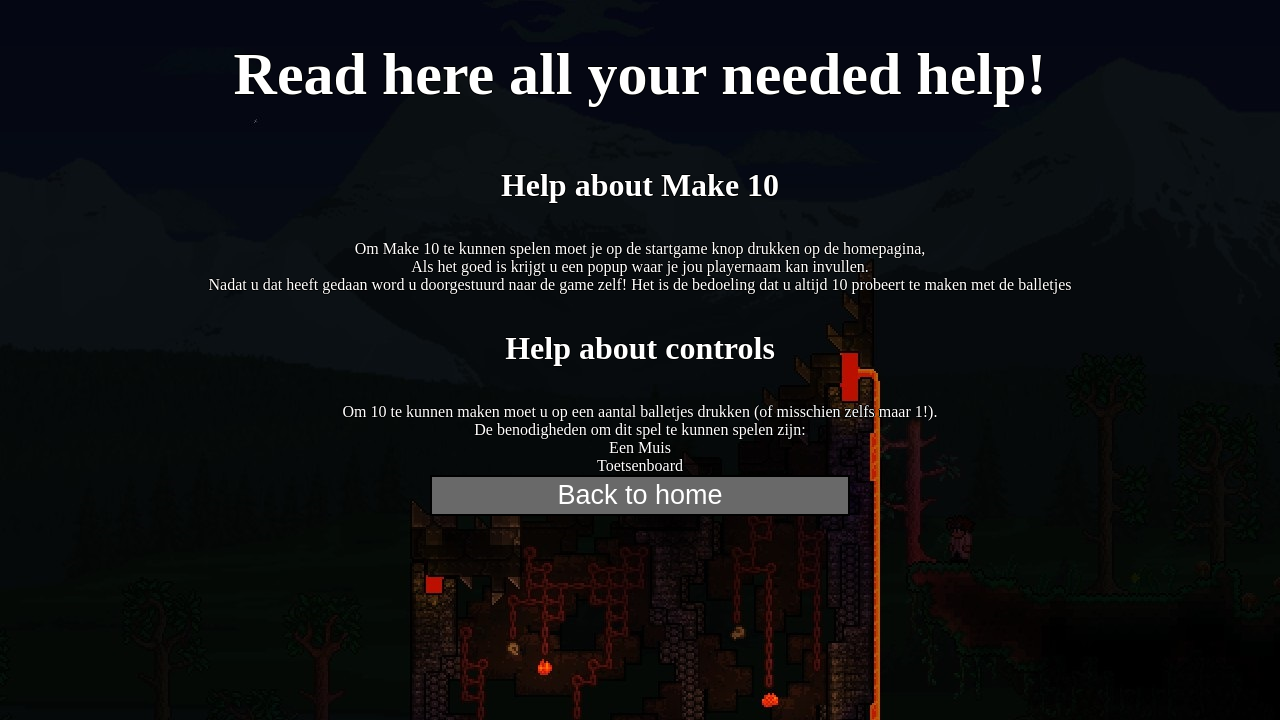
Repository: Mkuilen/Make10
Page: howToPlay.html
The author's editor kept a record of every edit. The page is drawn from the files as they stood at one moment, then again after the next edit.
The browser window is 1280 px wide. The pictures show the whole page.

Above is the page before.

### howToPlay.html
<!DOCTYPE html>
<html>
    <head>
        <link rel="stylesheet" type="text/css" href="assets/css/howToPlay.css">
        <link rel="stylesheet" type="text/css" href="assets/css/index.css">
        <title>Make10 Game</title>
        <meta charset="UTF-8">
        <meta name="description" content="Make10 Game">
        <meta name="author" content="Matthijs van de Kuilen">
        <meta name="viewport" content="width=device-width, initial-scale=1.0">
        <script type="text/javascript" src="assets/js/index.js"></script>
    </head>
    <body background="assets/images/backgroundsite.jpg">
        <div class="center">
            <h1 id="hoofdtekst">Read here all your needed help!</h1><br>
            <h1 id="tekst2">Help about Make 10</h1><br><br>
            <p id="tekst">Om Make 10 te kunnen spelen moet je op de startgame knop drukken op de homepagina,<br>
            Als het goed is krijgt u een popup waar je jou playernaam kan invullen.<br>
            Nadat u dat heeft gedaan word u doorgestuurd naar de game zelf! Het is de bedoeling dat u altijd 10 probeert te maken met de balletjes</p><br><br>
            <h1 id="tekst2">Help about controls</h1><br><br>
            <p id="tekst">Om 10 te kunnen maken moet u op een aantal balletjes drukken (of misschien zelfs maar 1!).<br>
            De benodigheden om dit spel te kunnen spelen zijn:<br>
            Een Muis<br>
            Toetsenboard
            </p>
            <button id="buttonclose" onclick="window.location.href='https://make10-matthijspc.c9users.io/'" type="button">Back to home</button>
        </div>
    </body>
</html>

### assets/css/howToPlay.css
#hoofdtekst {
    font-size: 60px;
    text-align: center;
    color: white;
    text-shadow: 1px 0 0 #000, 0 -1px 0 #000, 0 1px 0 #000, -1px 0 0 #000;
}
#tekst2 {
    max-width: auto;
        margin: auto;
        padding: auto;
        text-align: center;
        background-color:none;
        color: white;
        text-shadow: 1px 0 0 #000, 0 -1px 0 #000, 0 1px 0 #000, -1px 0 0 #000;
}
#tekst {
    max-width: auto;
        margin: auto;
        padding: auto;
        text-align: center;
        background-color:none;
        color: white;
        text-shadow: 1px 0 0 #000, 0 -1px 0 #000, 0 1px 0 #000, -1px 0 0 #000;
}

### assets/css/index.css
#Title {
    font-size: 90px;
    text-align: center;
    color: white;
    text-shadow: 1px 0 0 #000, 0 -1px 0 #000, 0 1px 0 #000, -1px 0 0 #000;

}

#buttonplay {
    background-color: #696969;
    border: none;
    color: white;
    padding: 3px 125px;
    text-align: center;
    text-decoration: none;
    display: inline-block;
    font-size: 27px;
    border: black;
    border-style: solid;
    border-width: 2px;
}
#button1, #button2, #button3, #button4 {
    background-color: #696969;
    border: none;
    color: white;
    padding: 3px 120px;
    text-align: center;
    text-decoration: none;
    display: inline-block;
    font-size: 27px;
    border-style: solid;
    border-width: 2px;
}
#button1{
    margin-left: 22.7%;
}
#timer {
   color: white;
}
#buttonclose {
    background-color: #696969;
    border: none;
    color: white;
    padding: 3px 125px;
    text-align: center;
    text-decoration: none;
    display: inline-block;
    font-size: 27px;
    border: black;
    border-style: solid;
    border-width: 2px;
}
#buttonplay:hover {
    background-color: white;
    color: black;
}
#button1:hover {
    background-color: white;
    color: black;
}
#button2:hover {
    background-color: white;
    color: black;
}
#button3:hover {
    background-color: white;
    color: black;
}
#button4:hover {
    background-color: white;
    color: black;
}
.center {
    text-align: center;

}
.timercss {
    font-size: 50px;
}

### assets/js/index.js
function popup(){
    var name =  window.prompt("Enter your name to start the game");
    if (name == null || name == "") {
        window.location.href = 'index.html';
    } else {
        document.cookie = "name=" + name;
        window.location.href = 'game.html';
    }
}

After the next edit:
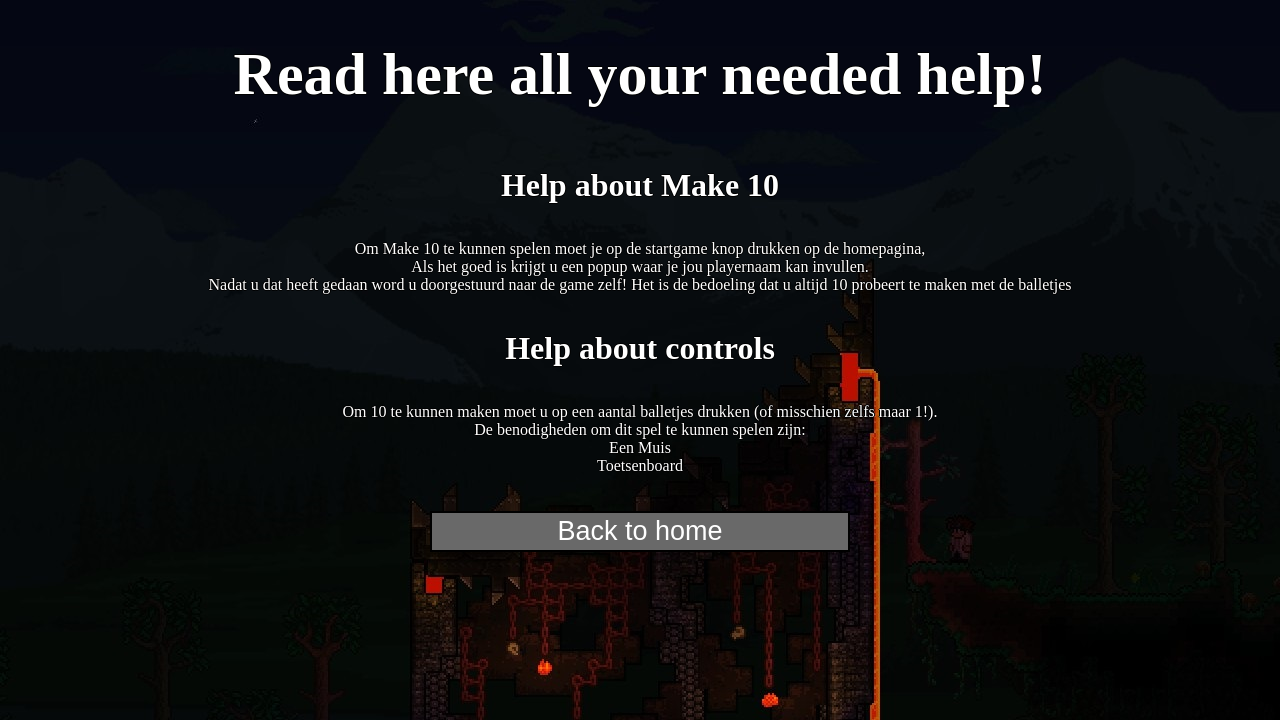
The edit:
--- a/howToPlay.html
+++ b/howToPlay.html
@@ -22,7 +22,7 @@
             De benodigheden om dit spel te kunnen spelen zijn:<br>
             Een Muis<br>
             Toetsenboard
-            </p>
+            </p><br><br>
             <button id="buttonclose" onclick="window.location.href='https://make10-matthijspc.c9users.io/'" type="button">Back to home</button>
         </div>
     </body>
